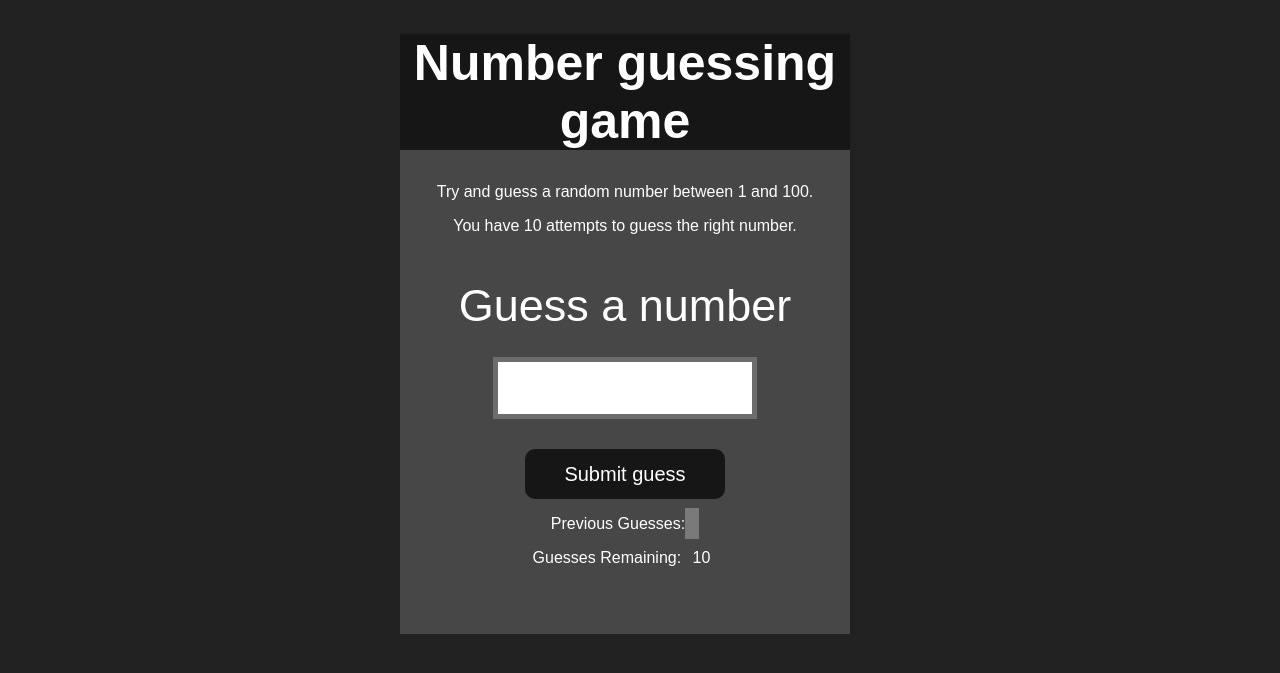
Repository: Chiranshukapil/Mini-project
Page: index.html
These files come from the project's save history. The page is drawn as it stood at one moment and after the next save; the edit follows.
The browser window is 1280 px wide. The pictures show the whole page.

Above is the page before, as saved 2024-06-24 01:34:14.
Not found: styles.css

After the next save:
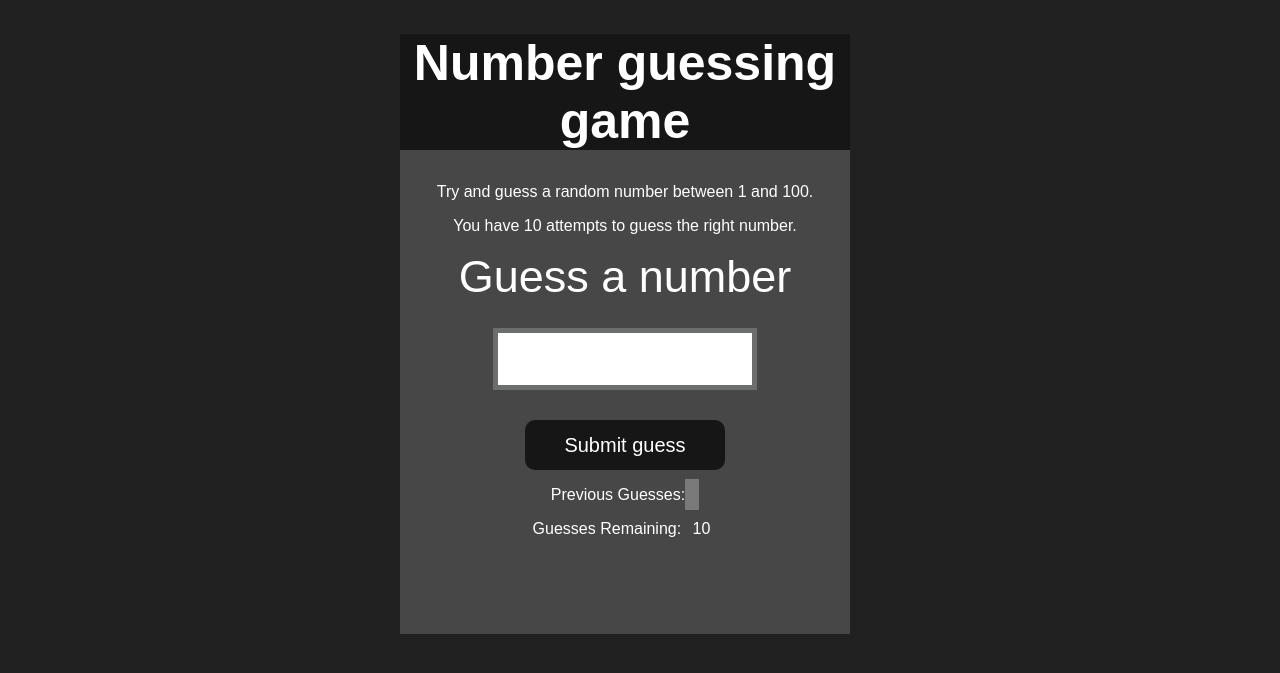
Saved 118 s later.
--- a/index.html
+++ b/index.html
@@ -20,7 +20,7 @@
         <h1>Number guessing game</h1>
         <p>Try and guess a random number between 1 and 100.</p>
         <p>You have 10 attempts to guess the right number.</p>
-        </br>
+
         <form class="form">
             <label for="guessField" id="guess">Guess a number</label>
             <input type="text" id="guessField" class="guessField">
